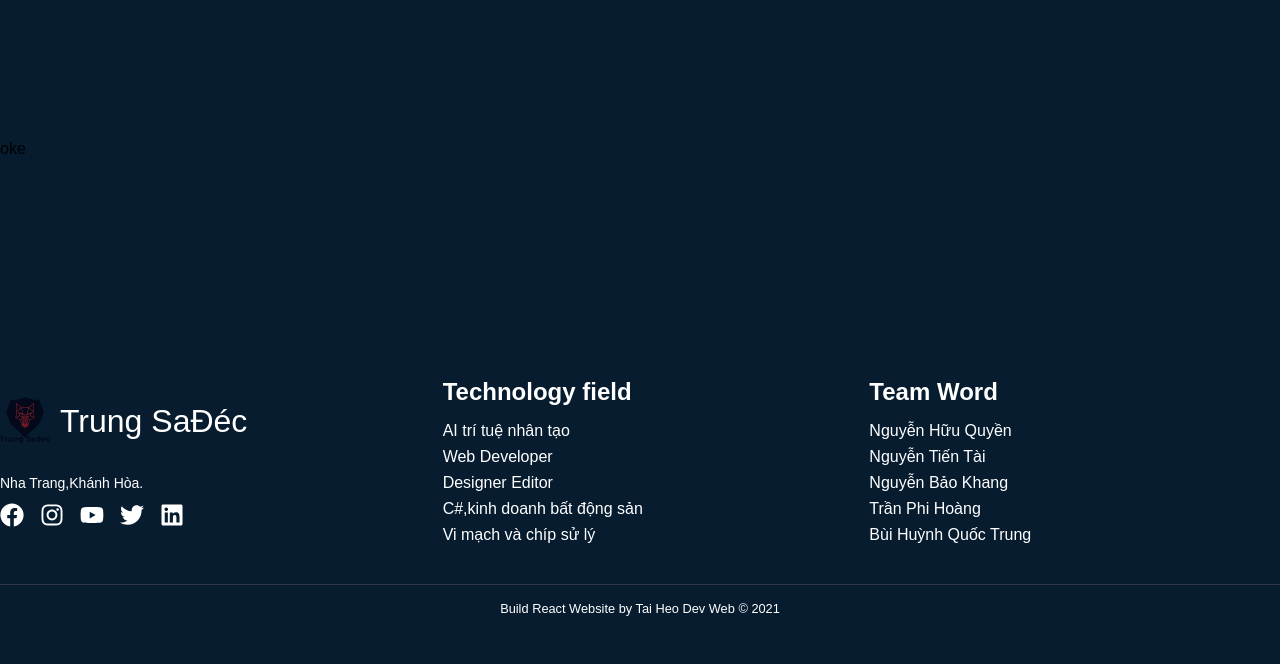
Repository: fdhhhdjd/Profile-Gift-B_H_Q_Trung
Page: /
An editor plug-in stored every save of this project. The page is shown before and after the next save, followed by the edit.
The browser window is 1280 px wide. The pictures show the part of the page from y = 720 to 1384 px (the page is 1384 px tall).
The project was rebuilt for these pictures with package versions that can differ from the ones it lists, and the page was loaded fresh each time. Also part of the build but not shown: src/App.css, src/Styles/PricingStyles.js, src/Data/PricingData.js, src/Pages/PricingPage.js. Imported but missing from the stored project, and not drawn on this page: src/Pages/SignUpPage.

Above is the page before, as saved 2021-10-29 08:57:34.

After the next save:
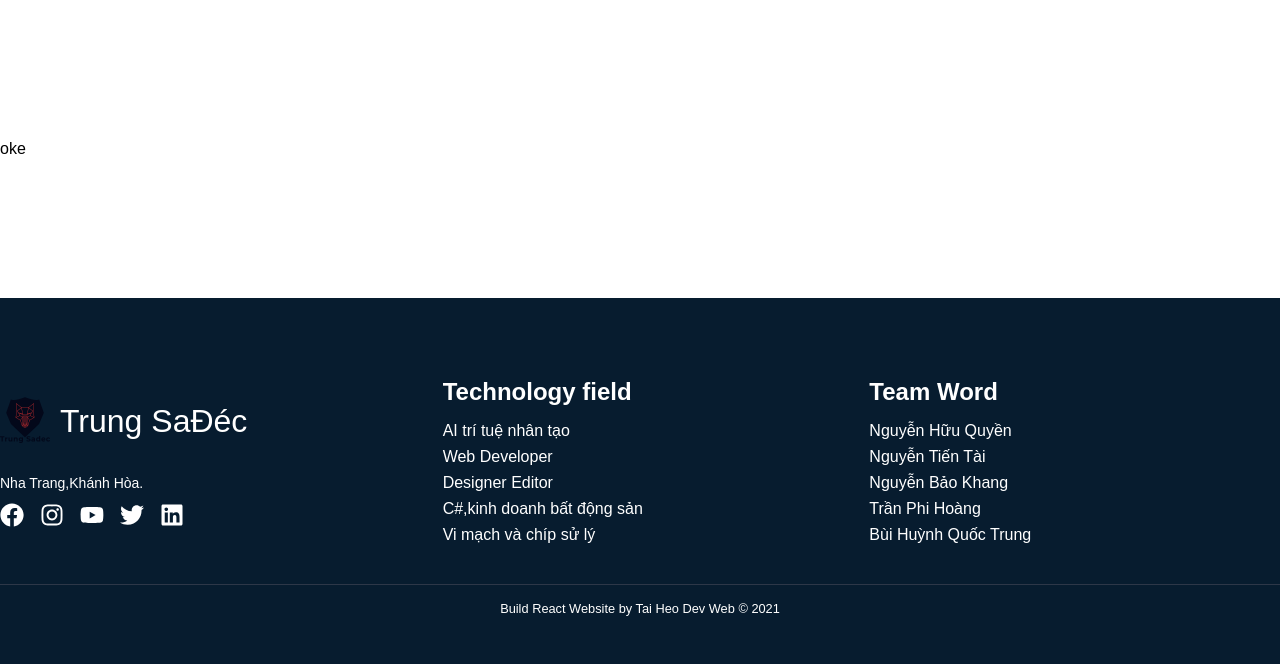
Saved 18 s later.
--- a/src/Components/FeaturesData.js
+++ b/src/Components/FeaturesData.js
@@ -4,7 +4,9 @@ import { Section } from "../Styles/GlobalStyles";
 const FeaturesData = () => {
   return (
     <>
-      <Section>oke</Section>
+      <Section smPadding="50px 10px" position="relative" inverse id="about">
+        oke
+      </Section>
     </>
   );
 };
